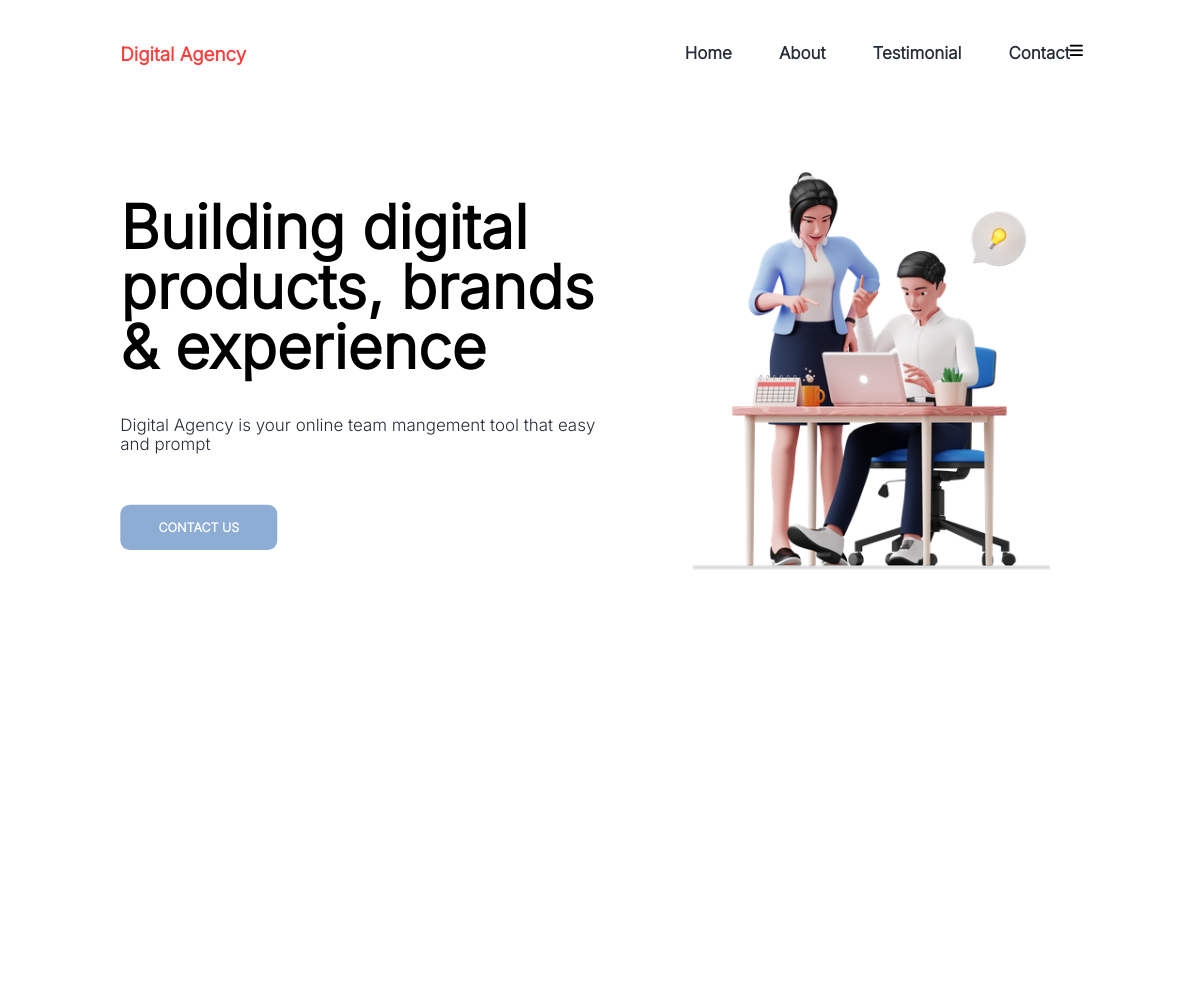
Repository: ThuatDev/fullstack_devc
Page: index.html
The author's editor kept a copy of each file at every save. The page is drawn from the files as they stood at one save, then again after the next save.
The browser window is 1280 px wide. The pictures show the whole page, at 94% of full size.

Above is the page before, as saved 2022-11-09 16:51:15.

### index.html
<!DOCTYPE html>
<html lang="en">
  <head>
    <meta charset="UTF-8" />
    <meta http-equiv="X-UA-Compatible" content="IE=edge" />
    <meta name="viewport" content="width=device-width, initial-scale=1.0" />
    <link
      rel="stylesheet"
      href="https://cdnjs.cloudflare.com/ajax/libs/font-awesome/6.2.0/css/all.min.css"
      integrity="sha512-xh6O/CkQoPOWDdYTDqeRdPCVd1SpvCA9XXcUnZS2FmJNp1coAFzvtCN9BmamE+4aHK8yyUHUSCcJHgXloTyT2A=="
      crossorigin="anonymous"
      referrerpolicy="no-referrer"
    />
    <link rel="stylesheet" href="index.css" />
    <title>Digital Agency</title>
  </head>
  <body>
    <div class="container">
      <div class="navbar">
        <div class="navbar__left">
          <p class="navbar__left-logo">Digital Agency</p>
        </div>
        <div class="navbar__right">
          <ul class="navbar__right-list">
            <li><a href="#">Home</a></li>
            <li><a href="#">About</a></li>
            <li><a href="#">Testimonial</a></li>
            <li><a href="#">Contact</a></li>
            <i class="fa-solid fa-bars"></i>
          </ul>
        </div>
      </div>

      <!-- HERO SECTION  -->
      <div class="h-section">
        <div class="h-section__left">
          <h2>Building digital products, brands & experience</h2>
          <p>
            Digital Agency is your online team mangement tool that easy and
            prompt
          </p>
          <button>Contact Us</button>
        </div>
        <div class="h-section__right">
          <img
            src="./img/business-people-discussing-business-idea.png"
            alt=""
          />
        </div>
      </div>
    </div>
  </body>
</html>

### index.css
@import url("https://fonts.googleapis.com/css2?family=Inter:wght@200;300&display=swap");
* {
  padding: 0;
  margin: 0;
  box-sizing: border-box;
  font-family: "Inter", sans-serif;
}
.container {
  width: 80%;
  height: 1000px;

  margin: 0 auto;
}

/* nav bar*/
.navbar {
  display: flex;
  justify-content: space-between;
  margin-top: 46px;
}
.navbar .navbar__left .navbar__left-logo {
  font-size: 20px;
  font-weight: 700;
  color: rgb(255, 61, 61);
  line-height: 24px;
}
.navbar > .navbar__right > .navbar__right-list {
  display: flex;
}
.navbar > .navbar__right > .navbar__right-list li {
  list-style: none;
  margin-left: 50px;
}
.navbar > .navbar__right > .navbar__right-list li > a {
  text-decoration: none;
  /* color: rgb(255, 72, 72); */
  /* padding: 10px 20px; */
  /* display: block;
   */
  font-weight: 600;
  font-size: 18px;
  color: #272d38;
}
/* Hero section */
.h-section {
  display: flex;
  justify-content: space-between;
  margin-top: 100px;
}
.h-section .h-section__left {
  display: flex;
  flex-direction: column;
  justify-content: space-evenly;
}
.h-section .h-section__left h2 {
  font-weight: 700;
  font-size: 64px;
  width: 540px;
  height: 192px;
  line-height: 100%;
}
.h-section .h-section__left p {
  font-weight: 400;
  font-size: 18px;
  width: 520px;
  height: 56px;
  color: #272d38;
}
.h-section .h-section__left button {
  width: 167px;
  height: 48px;
  border-radius: 10px;
  border: none;
  background-color: #8eadd5;
  text-transform: uppercase;
  font-weight: 700;
  color: #fff;
}

After the next save:
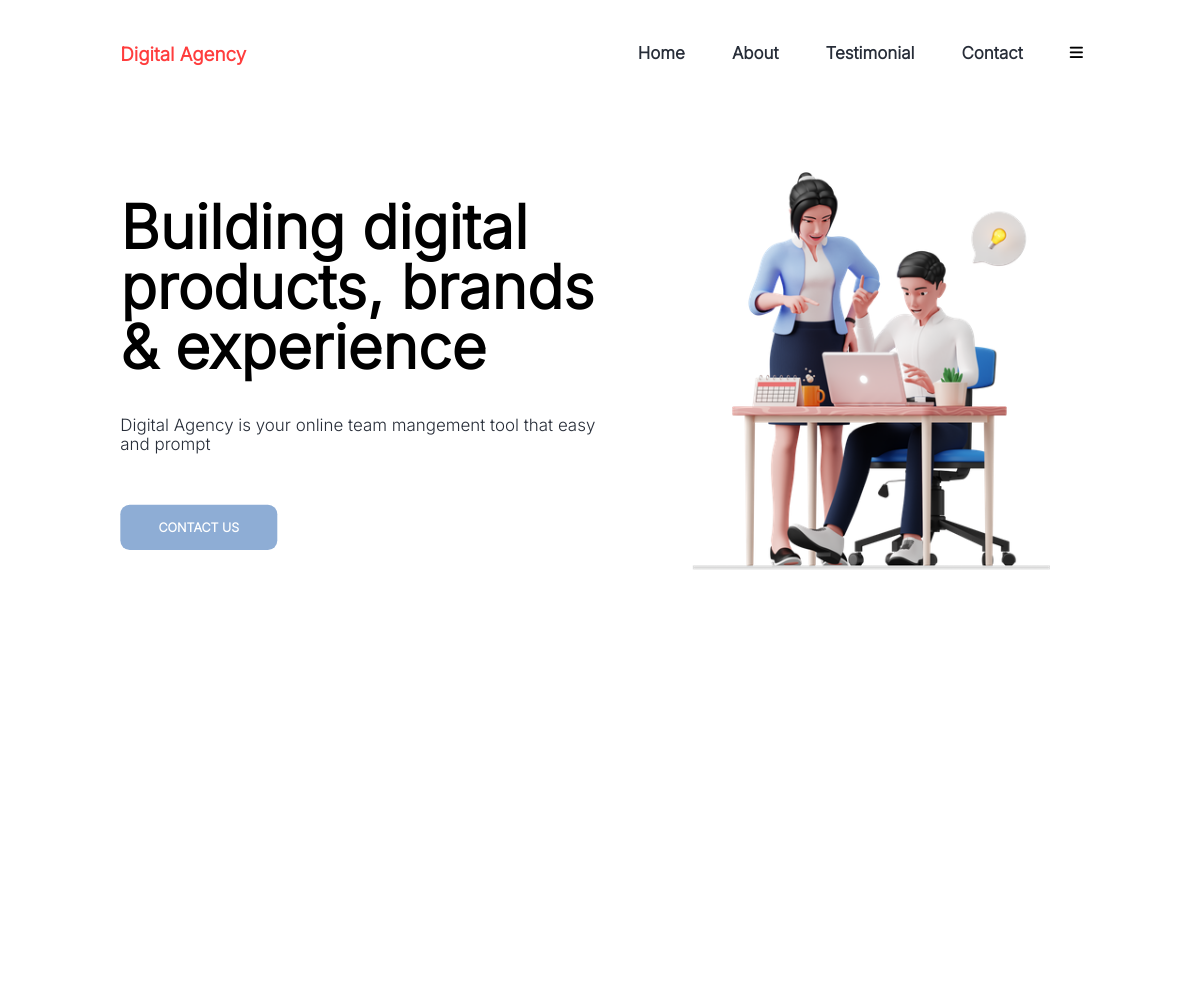
Saved 18 s later.
--- a/index.html
+++ b/index.html
@@ -26,7 +26,7 @@
             <li><a href="#">About</a></li>
             <li><a href="#">Testimonial</a></li>
             <li><a href="#">Contact</a></li>
-            <i class="fa-solid fa-bars"></i>
+            <li><i class="fa-solid fa-bars"></i></li>
           </ul>
         </div>
       </div>
